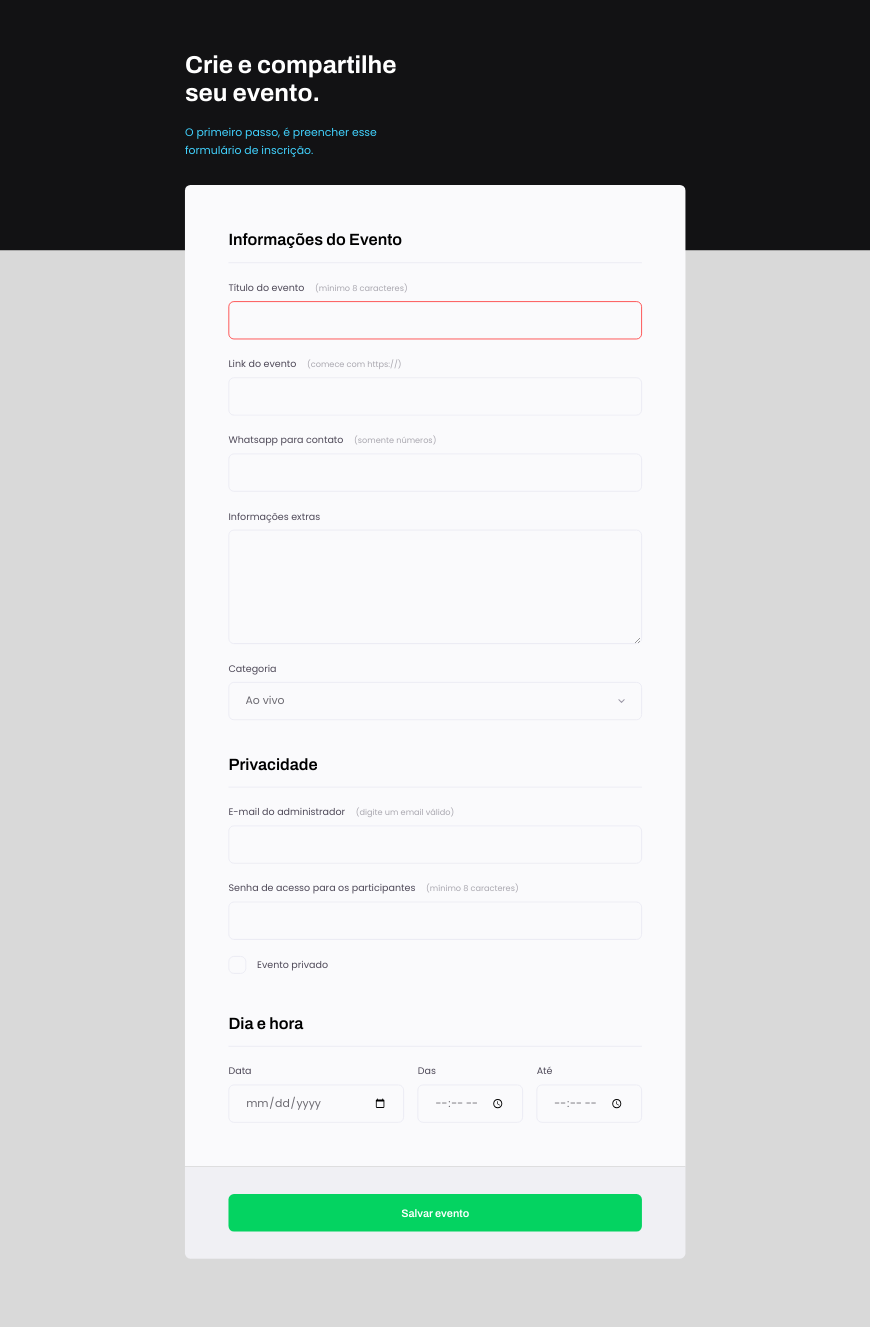
Repository: devMuriloOliveira/Formulario
Page: index.html
These files come from the project's save history. The page is drawn as it stood at one moment and after the next save; the edit follows.
The browser window is 1280 px wide. The pictures show the whole page, at 68% of full size.

Above is the page before, as saved 2023-11-03 19:48:20.

### index.html
<!DOCTYPE html>
<html lang="en">
  <head>
    <link rel="preconnect" href="https://fonts.googleapis.com" />
    <link rel="preconnect" href="https://fonts.gstatic.com" crossorigin />
    <meta charset="UTF-8" />
    <meta name="viewport" content="width=device-width, initial-scale=1.0" />
    <title>Crie seu evento</title>
    <link rel="stylesheet" href="style.css" />

    <link
      href="https://fonts.googleapis.com/css2?family=Archivo:wght@600;700&family=Poppins&display=swap"
      rel="stylesheet"
    />
  </head>
  <body>
    <div class="page">
      <header>
        <h1>Crie e compartilhe seu evento.</h1>
        <p>O primeiro passo, é preencher esse formulário de inscrição.</p>
      </header>

      <form id="my-form">
        <fieldset>
          <div class="fieldset-wrapper">
            <legend>Informações do Evento</legend>

            <div class="input-wrapper">
              <label for="event-title">
                Título do evento <span>(mínimo 8 caracteres)</span>
              </label>
              <input type="text" id="event-title" required minlength="8" />
            </div>

            <div class="input-wrapper">
              <label for="event-link">
                Link do evento <span>(comece com https://)</span>
              </label>
              <input type="url" id="event-link" />
            </div>

            <div class="input-wrapper">
              <label for="event-whatsapp">
                Whatsapp para contato <span>(somente números)</span>
              </label>
              <input type="number" id="event-whatsapp" />
            </div>

            <div class="input-wrapper">
              <label for="event-info">Informações extras</label>
              <textarea id="event-info"></textarea>
            </div>

            <div class="input-wrapper">
              <label for="event-category"> Categoria </label>
              <select id="event-category">
                <option value="live">Ao vivo</option>
                <option value="podcast">Podcast</option>
                <option value="mentorship">Mentoria</option>
              </select>
            </div>
          </div>
        </fieldset>

        <fieldset>
          <div class="fieldset-wrapper">
            <legend>Privacidade</legend>

            <div class="input-wrapper">
              <label for="event-email">
                E-mail do administrador <span>(digite um email válido)</span>
              </label>
              <input type="email" id="event-email" />
            </div>

            <div class="input-wrapper">
              <label for="event-password">
                Senha de acesso para os participantes
                <span>(mínimo 8 caracteres)</span>
              </label>
              <input type="password" id="event-password" />
            </div>

            <div class="checkbox-wrapper">
              <input type="checkbox" id="event-private" />
              <label for="event-private">Evento privado</label>
            </div>
          </div>
        </fieldset>

        <fieldset>
          <div class="fieldset-wrapper">
            <legend>Dia e hora</legend>

            <div class="col-3">
              <div class="input-wrapper">
                <label for="event-date"> Data </label>
                <input type="date" id="event-date" />
              </div>

              <div class="input-wrapper">
                <label for="event-begin"> Das </label>
                <input type="time" id="event-begin" />
              </div>

              <div class="input-wrapper">
                <label for="event-end"> Até </label>
                <input type="time" id="event-end" />
              </div>
            </div>
          </div>
        </fieldset>
      </form>
      <footer>
        <input
          class="button"
          type="submit"
          form="my-form"
          value="Salvar evento"
        />
      </footer>
    </div>
  </body>
</html>

### style.css
*{
  padding: 0;
  margin: 0;
  box-sizing: border-box;
}

body, input, button, select, textarea{
  font-family: 'Poppins', sans-serif;
}

body{
  background-color: #D9D9D9;
}

body::before{
  content: '';
  width: 100%;
  height: 368px;

  position: absolute;
  top: 0;
  left: 0;
  z-index: -1;
  background: #121214;
}

.page{
  width: 736px;
  margin: auto;
}

header{
  width: 319px;
  margin-top: 74px;

}

header h1{
  font-family: 'Archivo', sans-serif;
  font-weight: bold;

  font-size: 36px;
  line-height: 42px;
  color: white;

  margin-bottom: 24px;
}

header p{
  color: #42D3FF;
  font-size: 16px;
  line-height: 26px;
}

form{
  margin-top: 38px;
  background: #FAFAFC;

  border-radius: 8px 8px 0 0;
  min-height: 300px;

  padding: 64px;

  display: flex;
  flex-direction: column;
  gap: 48px;
}

fieldset{
  border: none;
}

.fieldset-wrapper{
  display: flex;
  flex-direction: column;
  gap: 24px;
}


fieldset legend{
  font-family: 'Archivo';
  font-weight: 600;
  font-size: 24px;
  line-height: 34px;

  width: 100%;
  border-bottom: 1px solid #E6E6F0;

  padding-bottom: 16px;
}

.input-wrapper{
  display: flex;
  flex-direction: column;
}

.input-wrapper label,
.checkbox-wrapper{
  font-size: 14px;
  line-height: 24px;

  color: #4E4958;
  margin-bottom: 8px;
}

.input-wrapper label span{
  margin-left: 12px;

  line-height: 20px;
  font-size: 12px;
  color: #a9a7af;
}

.input-wrapper label span:hover{
  color: #6c6a71;
}

 .input-wrapper input,
 .input-wrapper textarea,
 .input-wrapper select{
  background: #FAFAFC;

  border: 1px solid #E6E6F0;
  border-radius: 8px;
  height: 56px;

  padding: 0 24px;
  font-size: 16px;

  line-height: 26px;

  color: #6C6A71;
}

.input-wrapper textarea{
 padding: 0;
 height: 168px;


}

.input-wrapper select{
  appearance: none;
  background-image: url("data:[embedded picture, 242 characters]");
  background-repeat: no-repeat;
  background-position: right 24px top 50%;
}

.col-3{
  display: flex;
  gap: 20px;
}

.col-3 > div:nth-child(1){
  width: 100%;
}

.checkbox-wrapper{
  position: relative;
}

.checkbox-wrapper label{
  display: flex;
  align-items: center;
  margin: 0;
  gap: 16px;
}

.checkbox-wrapper input{
  position: absolute;
  top: 0;
  left: 0;
  width: 24px;
  height: 24px;

  opacity: 0;
}

.checkbox-wrapper label::before{
  content: '';
  width: 24px;
  height: 24px;
  display: block;
  border: 1px solid #E6E6F0;
  border-radius: 8px;
}

.checkbox-wrapper input:checked + label::before{
  background-image: url("data:[embedded picture, 386 characters]");
}

.checkbox-wrapper input:focus + label::before{
  outline: 2px solid black;
}

footer{
  background-color: #F0F0F4;
  height: 136px;

  display: flex;
  flex-direction: column;

  padding: 40px 64px;
  margin-bottom: 100px;

  border-top: 1px solid #D6D6D6;
  border-radius: 0 0 8px 8px;
}

footer .button{
  height: 56px;
  background: #04D361;
  border-radius: 8px;
  border: none;

  font-family: 'Archivo';

  font-weight: 600;
  font-size: 16px;
  line-height: 26px;
  color: white;
}

footer .button:hover{
  background: #08a04c;
}

input:invalid{
  border: 1px solid #ff1010;
}

After the next save:
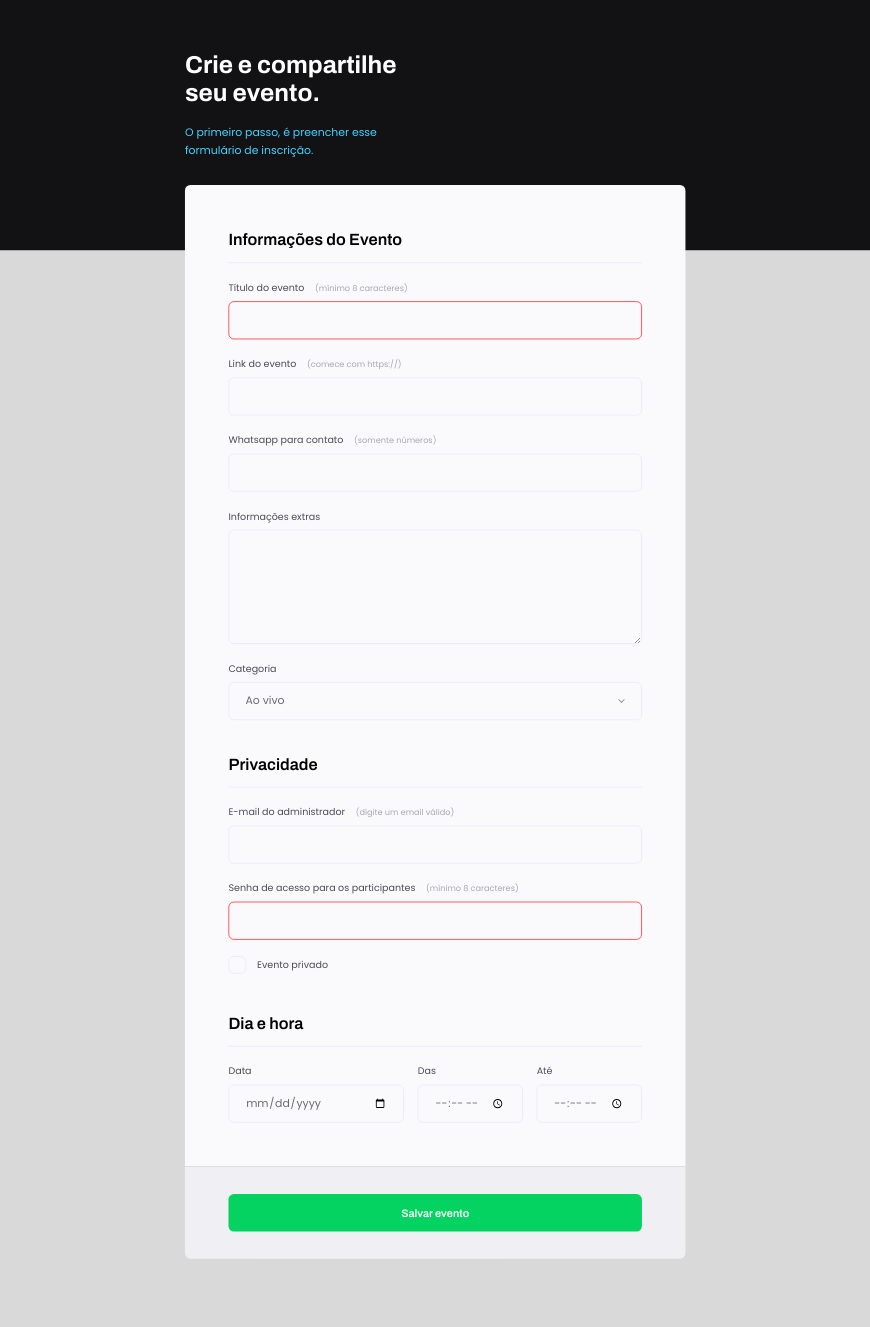
Saved 2 min 29 s later.
--- a/index.html
+++ b/index.html
@@ -78,7 +78,12 @@
                 Senha de acesso para os participantes
                 <span>(mínimo 8 caracteres)</span>
               </label>
-              <input type="password" id="event-password" />
+              <input
+                type="password"
+                id="event-password"
+                required
+                minlength="8"
+              />
             </div>
 
             <div class="checkbox-wrapper">
